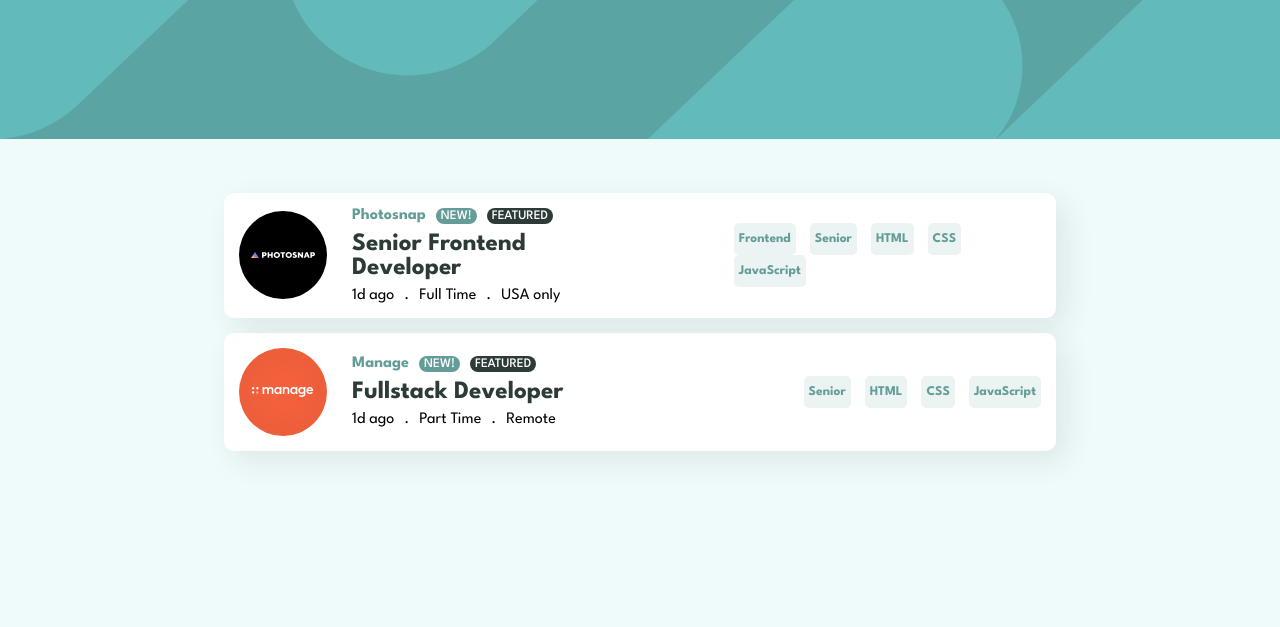
Repository: Eldream12/JobListing
Page: index.html
These files come from the project's save history. The page is drawn as it stood at one moment and after a run of saves; the edit follows.
The browser window is 1280 px wide. The pictures show the whole page.

Above is the page before, as saved 2025-03-31 21:56:46.

### index.html
<!DOCTYPE html>
<html lang="en">
	<head>
		<meta charset="UTF-8" />
		<meta name="viewport" content="width=device-width, initial-scale=1.0" />
		<title>Job Listing</title>
		<link rel="stylesheet" href="style/style.css" />
	</head>

	<body>
		<header>
			<div>
				<img src="Images/bg-header-desktop.svg" alt="NavHeader" />
			</div>
		</header>

		<main>
			<div class="content-carrier">
				<div class="content">
					<div class="ctn">
						<img src="Images/photosnap.svg" alt="photosnap" />
						<div class="content-text">
							<div class="txt-1">
								<h4>Photosnap</h4>
								<div class="btn-1">
									<button>NEW!</button>
								</div>
								<div class="btn-2">
									<button>FEATURED</button>
								</div>
							</div>
							<div class="txt-2">
								<h2>Senior Frontend Developer</h2>
							</div>
							<div class="txt-3">
								<p>1d ago</p>
								<p>.</p>
								<p>Full Time</p>
								<p>.</p>
								<p>USA only</p>
							</div>
						</div>
					</div>

					<div class="btn">
						<button>Frontend</button>
						<button>Senior</button>
						<button>HTML</button>
						<button>CSS</button>
						<button>JavaScript</button>
					</div>
				</div>

				<div class="content">
					<div class="ctn">
						<img src="Images/manage.svg" alt="photosnap" />
						<div class="content-text">
							<div class="txt-1">
								<h4>Manage</h4>
								<div class="btn-1">
									<button>NEW!</button>
								</div>
								<div class="btn-2">
									<button>FEATURED</button>
								</div>
							</div>
							<div class="txt-2">
								<h2>Fullstack Developer</h2>
							</div>
							<div class="txt-3">
								<p>1d ago</p>
								<p>.</p>
								<p>Part Time</p>
								<p>.</p>
								<p>Remote</p>
							</div>
						</div>
					</div>

					<div class="btn">
						<!-- <button>Frontend</button> -->
						<button>Senior</button>
						<button>HTML</button>
						<button>CSS</button>
						<button>JavaScript</button>
					</div>
				</div>
			</div>
		</main>
		<footer></footer>
	</body>
</html>

### style/style.css
@import url("https://fonts.googleapis.com/css2?family=League+Spartan:wght@100..900&display=swap");

* {
	font-family: League Spartan;
	margin: 0;
	padding: 0;
	box-sizing: border-box;
}

html body {
	background-color: hsl(180, 52%, 96%);
}

header img {
	width: 100%;
	background-color: hsl(180, 29%, 50%);
	margin-bottom: 50px;
}

.content-carrier .content {
	display: flex;
	background-color: #ffffff;
	align-items: center;
	justify-content: space-between;
	max-width: 65%;
	margin: auto;
	padding: 15px 15px 15px 15px;
	gap: 90px;
	border-radius: 10px;
	box-shadow: #2c3b3817 10px 10px 30px;
	margin-bottom: 15px;
}

.content-carrier .content .txt-1 {
	display: flex;
}

.content-carrier .content .txt-3 {
	display: flex;
}

.content-carrier .content .ctn {
	display: flex;
	align-items: center;
}

.content .ctn img {
	margin-right: 25px;
}

.content .btn button {
	background-color: #ebf4f3;
	border: none;
	padding: 10px 5px 10px 5px;
	border-radius: 5px;
	color: #649d97;
	font-weight: 700;
	margin-left: 10px;
}

.content .txt-1 h4 {
	color: #649d97;
}

.content .txt-1 .btn-1 button {
	background-color: #649d97;
}

.content .txt-1 .btn-2 button {
	background-color: #2c3b38;
}

.content .txt-1 button {
	font-size: 13px;
	font-weight: 500;
	color: #ffffff;
	border: none;
	padding: 2px 5px 2px 5px;
	border-radius: 10px;
	margin-left: 10px;
}

.content .txt-2 h2 {
	margin: 8px 0 8px 0;
	font-size: 25px;
	color: #2c3b38;
}

.content .txt-3 p {
	margin-right: 10px;
}

After the next 2 saves:
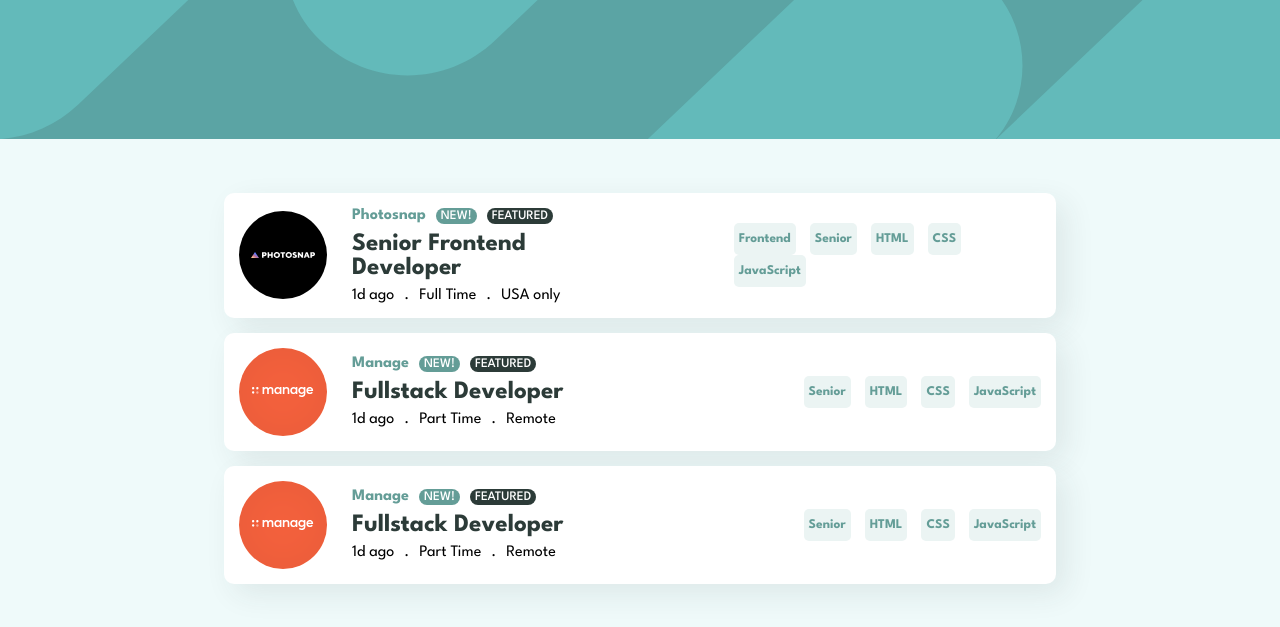
The 2 saves are shown as one change because they came seconds apart.
The last was saved 74 s later.
--- a/index.html
+++ b/index.html
@@ -85,6 +85,41 @@
 						<button>JavaScript</button>
 					</div>
 				</div>
+
+					<div class="content">
+					<div class="ctn">
+						<img src="Images/manage.svg" alt="photosnap" />
+						<div class="content-text">
+							<div class="txt-1">
+								<h4>Manage</h4>
+								<div class="btn-1">
+									<button>NEW!</button>
+								</div>
+								<div class="btn-2">
+									<button>FEATURED</button>
+								</div>
+							</div>
+							<div class="txt-2">
+								<h2>Fullstack Developer</h2>
+							</div>
+							<div class="txt-3">
+								<p>1d ago</p>
+								<p>.</p>
+								<p>Part Time</p>
+								<p>.</p>
+								<p>Remote</p>
+							</div>
+						</div>
+					</div>
+
+					<div class="btn">
+						<!-- <button>Frontend</button> -->
+						<button>Senior</button>
+						<button>HTML</button>
+						<button>CSS</button>
+						<button>JavaScript</button>
+					</div>
+				</div>
 			</div>
 		</main>
 		<footer></footer>
